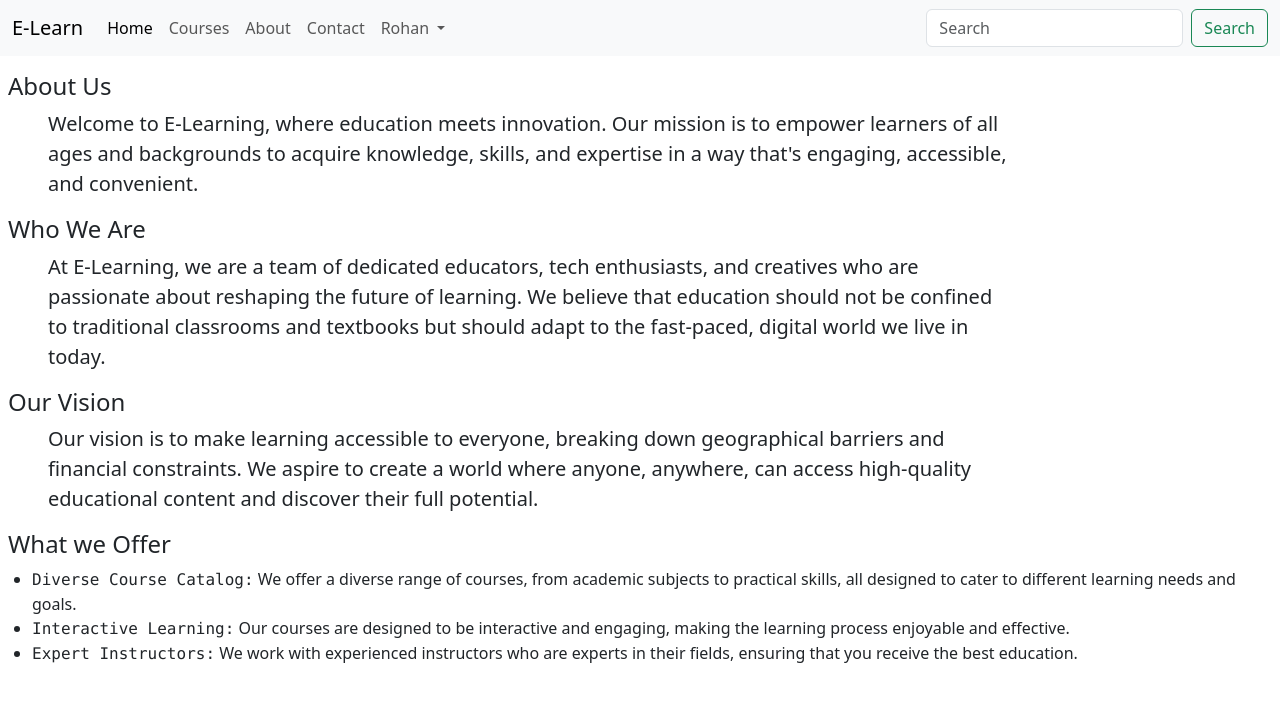
Repository: syni18/bootstrap_elarn
Page: About.html
These files come from the project's save history. The page is drawn as it stood at one moment and after a run of saves; the edit follows.
The browser window is 1280 px wide. The pictures show the whole page.

Above is the page before, as saved 2023-10-25 23:18:54.

After the next 2 saves:
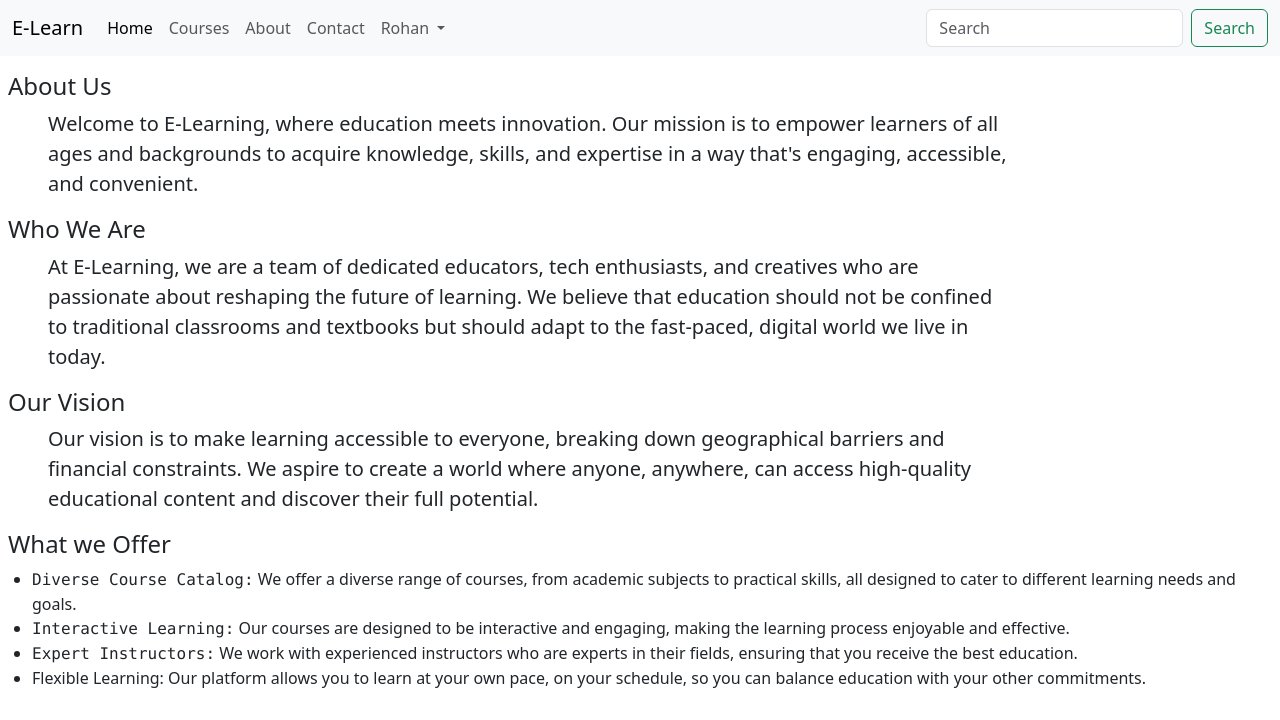
The 2 saves are shown as one change because they came seconds apart.
The last was saved 10 s later.
--- a/About.html
+++ b/About.html
@@ -64,6 +64,7 @@
         <li><samp>Diverse Course Catalog:</samp> We offer a diverse range of courses, from academic subjects to practical skills, all designed to cater to different learning needs and goals.</li>
         <li><samp>Interactive Learning:</samp> Our courses are designed to be interactive and engaging, making the learning process enjoyable and effective.</li>
         <li><samp>Expert Instructors:</samp> We work with experienced instructors who are experts in their fields, ensuring that you receive the best education.</li>
+        <li>Flexible Learning: Our platform allows you to learn at your own pace, on your schedule, so you can balance education with your other commitments.</li>
     </ul>
 </div>
     <script src="https://cdn.jsdelivr.net/npm/bootstrap@5.3.2/dist/js/bootstrap.bundle.min.js" integrity="sha384-C6RzsynM9kWDrMNeT87bh95OGNyZPhcTNXj1NW7RuBCsyN/o0jlpcV8Qyq46cDfL" crossorigin="anonymous"></script>
